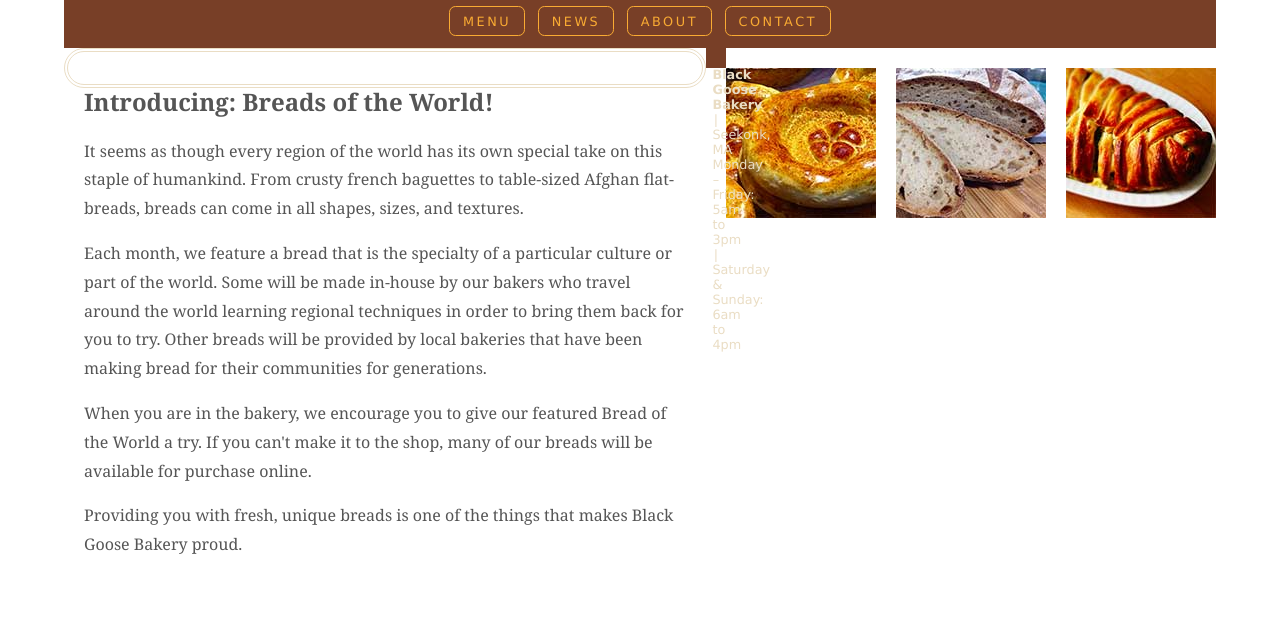
Repository: Colo-Codes/code-practice
Page: 02-css-practice-7.html
These files come from the project's save history. The page is drawn as it stood at one moment and after the next save; the edit follows.
The browser window is 1280 px wide. The pictures show the whole page.
Some web fonts or font styles are not loaded; a fallback is used.

Above is the page before, as saved 2021-05-14 12:58:25.

### 02-css-practice-7.html
<!doctype html>
<html>

<head>
  <meta charset="UTF-8">
  <title>Black Goose Bakery Grid</title>
  <link href="https://fonts.googleapis.com/css?family=Stint+Ultra+Expanded" rel="stylesheet">
  <style>
    html {
      box-sizing: border-box;
    }

    * {
      box-sizing: inherit;
    }

    body {
      font-family: Georgia, serif;
      font-size: 100%;
      background-color: white;
      margin: 0;
    }

    /* GRID STYLES START HERE */
    #layout {
      margin-left: 5%;
      margin-right: 5%;
      display: grid;
      grid-template-rows: 3em 20px [main-start] 150px 300px 5em [main-end];
      grid-template-columns: [main-start] 1fr [main-end] repeat(3, 20px 150px);
    }
    nav {
      grid-row: 1 / 2;
      grid-column: 1 / -1;
    }
    #figA {
      grid-area: 3 / 3 / 4 / 4;
    }
    #figB {
      grid-area: 3 / 5 / 4 / 6;
    }
    #figC {
      grid-row: 3 / 4;
      /* grid-column: -1 / -2; */
      grid-column: span 1 / -1;
    }
    main {
      grid-area: [main-start] / [main-start] / [main-end] / [main-end];
    }

    /* VISUAL STYLES START HERE */

    /* link styles */
    a:link,
    a:visited {
      color: #DC6903;
    }

    a:focus,
    a:hover,
    a:active {
      color: #F9AB33;
    }

    a {
      text-decoration: none;
      border-bottom: 1px dotted;
      padding-bottom: .2em;
    }



    /* nav styles */
    nav,
    footer {
      font-family: verdana, sans-serif;
      background-color: #783F27;
    }

    nav ul li a:link,
    nav ul li a:visited {
      color: #F9AB33;
    }

    nav ul li a:focus,
    nav ul li a:hover,
    nav ul li a:active {
      color: #fff;
    }

    nav ul {
      margin: 0;
      padding: 0;
      list-style-type: none;
      display: flex;
      justify-content: center;
    }

    nav ul li {
      font-size: .8em;
      text-transform: uppercase;
      letter-spacing: .2em;
    }

    nav ul li a {
      display: block;
      border: 1px solid;
      border-radius: .5em;
      padding: .5em 1em;
      margin: .5em;
    }


    /* main styles */
    main {
      font-family: 'Stint Ultra Expanded', Georgia, serif;
      background-color: white;
      line-height: 1.8em;
      color: #555;
      padding: 1em;
      border: double 4px #EADDC4;
      border-radius: 25px;
    }


    /* misc styles */

    figure {
      margin: 0;
      padding: 0;
      '

      /* clears browser styles for figures */
    }

    footer {
      color: #EADDC4;
      text-align: center;
      font-size: .8em;
      padding: .5em;
    }
  </style>
</head>

<body>
  <div id="layout">

    <nav>
      <ul>
        <li><a href="">Menu</a></li>
        <li><a href="">News</a></li>
        <li><a href="">About</a></li>
        <li><a href="">Contact</a></li>
      </ul>
    </nav>

    <main>
      <h2>Introducing: Breads of the World!</h2>
      <p>It seems as though every region of the world has its own special take on this staple of humankind. From crusty
        french baguettes to table-sized Afghan flat-breads, breads can come in all shapes, sizes, and textures.</p>
      <p>Each month, we feature a bread that is the specialty of a particular culture or part of the world. Some will be
        made in-house by our bakers who travel around the world learning regional techniques in order to bring them back
        for you to try. Other breads will be provided by local bakeries that have been making bread for their
        communities for generations.</p>

      <p>When you are in the bakery, we encourage you to give our featured Bread of the World a try. If you can't make
        it to the shop, many of our breads will be available for purchase online.</p>
      <p>Providing you with fresh, unique breads is one of the things that makes Black Goose Bakery proud.</p>
      <!--
<p>Our breads are made daily from highest-quality whole grain flour, water, salt, and yeast or sourdough starter. Simply and naturally, and never any preservatives. Patience is key to achieving the proper level of fermentation and baking each loaf to perfection. Available in whole grain, sourdough, olive loaf, classic rye, and potato-onion.</p>
-->
    </main>

    <figure id="figA"><img src="./assets/img/uzbek_150.jpg"></figure>
    <figure id="figB"><img src="./assets/img/bread_150.jpg"></figure>
    <figure id="figC"><img src="./assets/img/braided_150.jpg"></figure>

    <footer>
      <p><strong>Black Goose Bakery</strong> | Seekonk, MA <br>
        Monday &ndash; Friday: 5am to 3pm | Saturday &amp; Sunday: 6am to 4pm</p>
    </footer>

  </div>
</body>

</html>

After the next save:
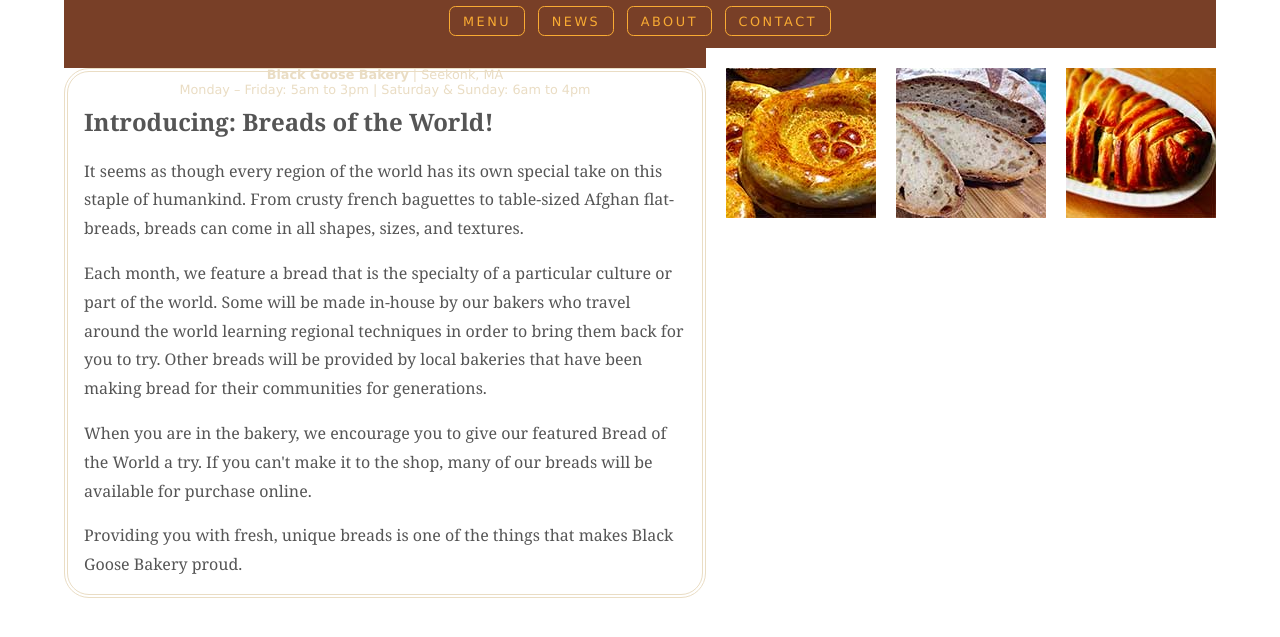
Saved 20 s later.
--- a/02-css-practice-7.html
+++ b/02-css-practice-7.html
@@ -45,7 +45,7 @@
       grid-column: span 1 / -1;
     }
     main {
-      grid-area: [main-start] / [main-start] / [main-end] / [main-end];
+      grid-area: main-start / main-start / main-end / main-end;
     }
 
     /* VISUAL STYLES START HERE */
